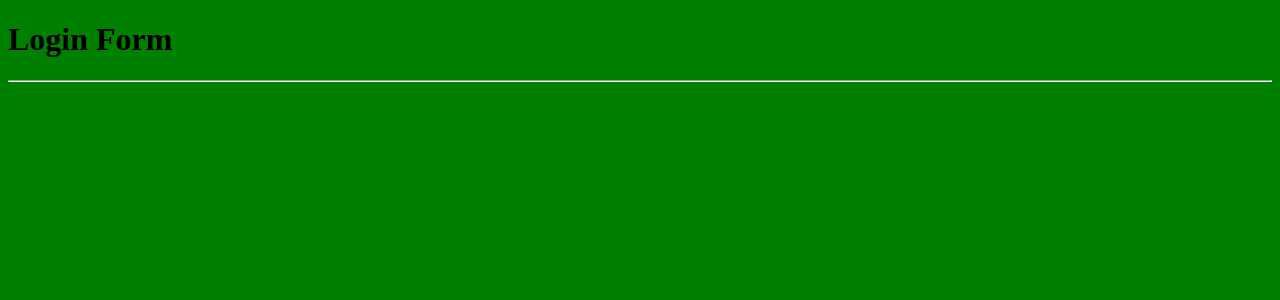
Repository: Amrinshaik/Day10
Page: LoginApp/WebContent/login.html
An editor plug-in stored every save of this project. The page is shown before and after the next save, followed by the edit.
The browser window is 1280 px wide. The pictures show the whole page.

Above is the page before, as saved 2018-09-05 10:07:45.

After the next save:
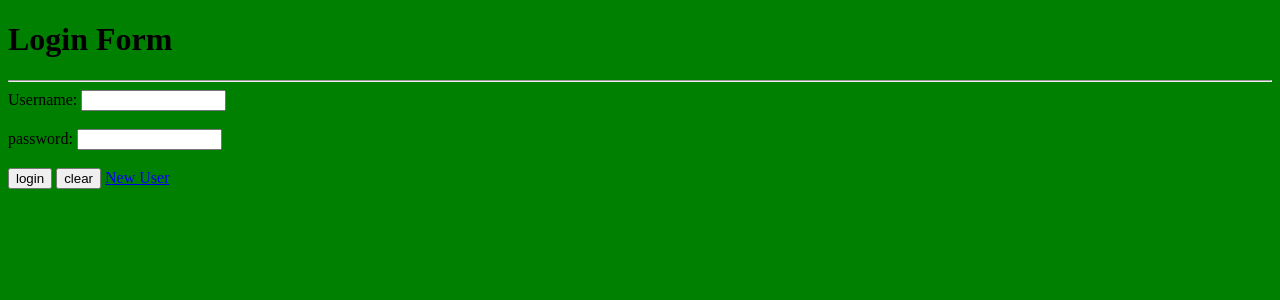
Saved 10 min 6 s later.
--- a/LoginApp/WebContent/login.html
+++ b/LoginApp/WebContent/login.html
@@ -8,6 +8,16 @@
 
 <h1>Login Form</h1>
 <hr>
-
+<form action="login" method="post">
+<label>Username:</label>
+<input type="text" name="username" size="15"/>
+<br><br>
+<label>password:</label>
+<input type="password" name="password" size="15"/>
+<br><br>
+<input type="submit" value="login"/>
+<input type="reset" value="clear"/>
+<a href="registration.html">New User</a>
+</form>
 </body>
 </html>
